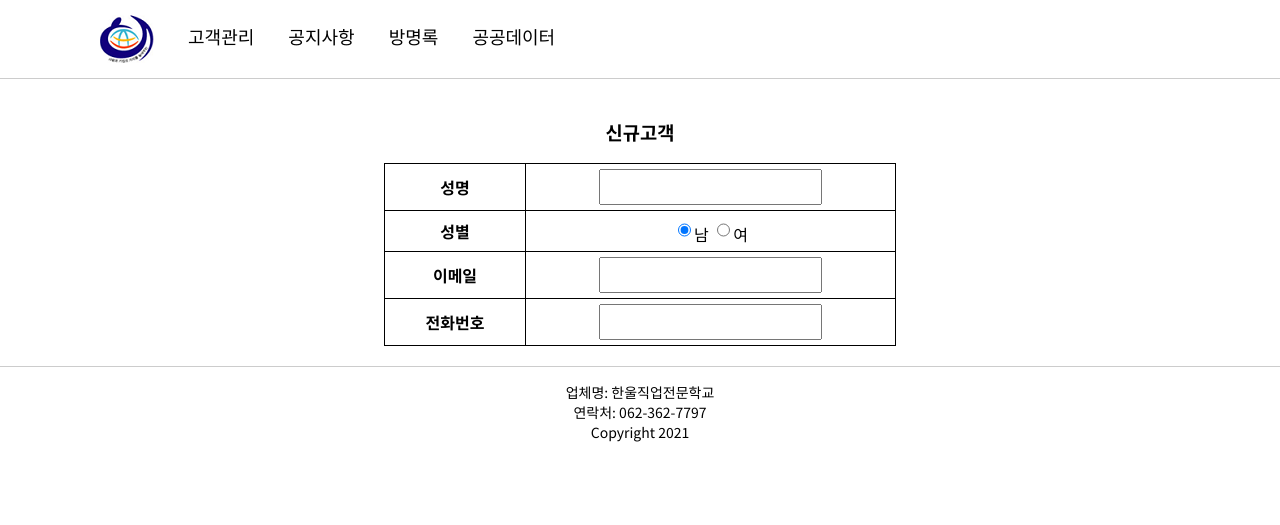
Repository: JSY93/spring-web
Page: http://localhost/iot/WEB-INF/views/customer/new.jsp
The author's editor kept a copy of each file at every save. The page is drawn from the files as they stood at one save, then again after the next save.
The browser window is 1280 px wide. The pictures show the whole page.
The page is served by Tomcat 9. Nobody is signed in. The template is opened directly, without the code that normally fills it, so the values that code supplies are empty.

Above is the page before, as saved 2021-01-12 05:29:01.

After the next save:
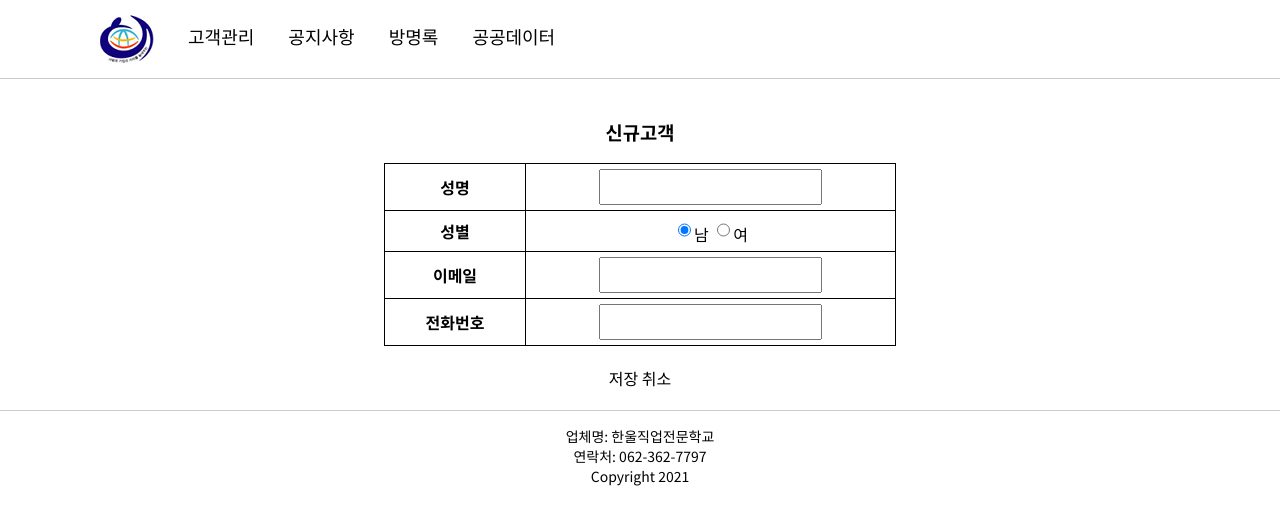
Saved 38 s later.
--- a/Study_Spring/iot/src/main/webapp/WEB-INF/views/customer/new.jsp
+++ b/Study_Spring/iot/src/main/webapp/WEB-INF/views/customer/new.jsp
@@ -28,7 +28,10 @@
 </table>
 </form>
 
-
+<div class='btnSet'>
+	<a>저장</a>
+	<a>취소</a>
+</div>
 
 </div>
 <jsp:include page="/WEB-INF/views/include/footer.jsp"/>
